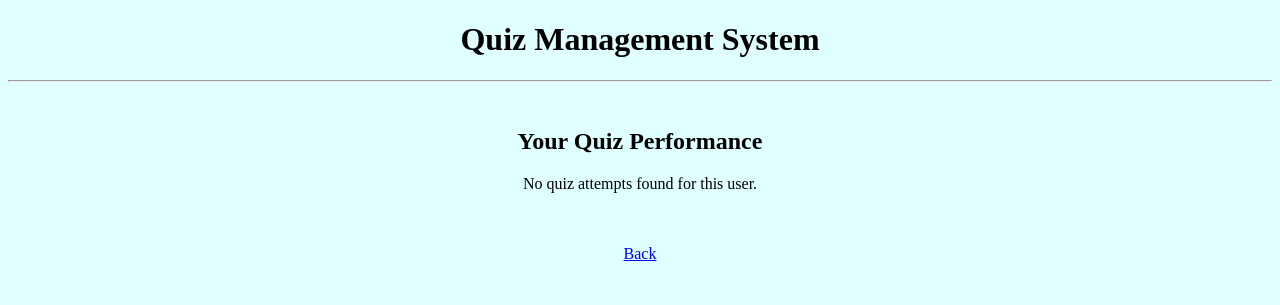
Repository: Rohitsenpai01/Quiz-Manangement-System
Page: http://localhost/WebQuizApp/viewscore.jsp
These files come from the project's save history. The page is drawn as it stood at one moment and after the next save; the edit follows.
The browser window is 1280 px wide. The pictures show the whole page.
The page is served by Tomcat 9. Queries for data that is not in the repository find no rows.

Above is the page before, as saved 2026-01-01 01:43:01.

After the next save:
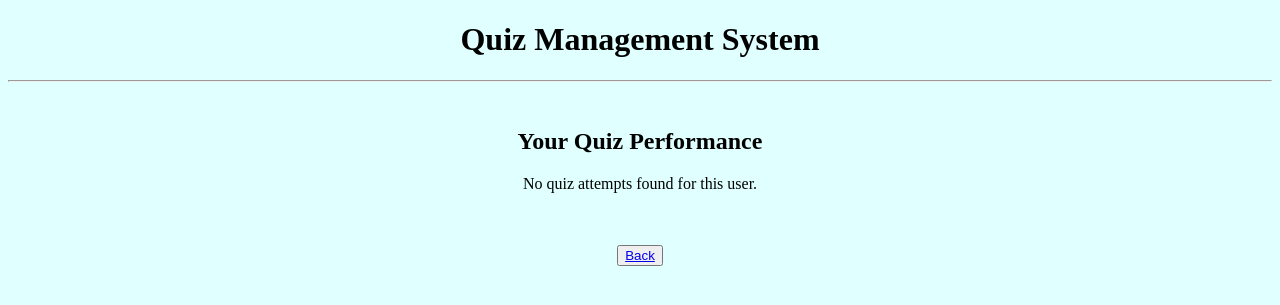
Saved 54 s later.
--- a/WebQuizApp/WebQuizApp/src/main/webapp/viewscore.jsp
+++ b/WebQuizApp/WebQuizApp/src/main/webapp/viewscore.jsp
@@ -47,7 +47,7 @@
         </c:choose>
 
         <br><br>
-        <a href="student.jsp">Back</a>
+        <button type="button"><a href="student.jsp">Back</a></button><br>
     </div>
 </body>
 </html>
